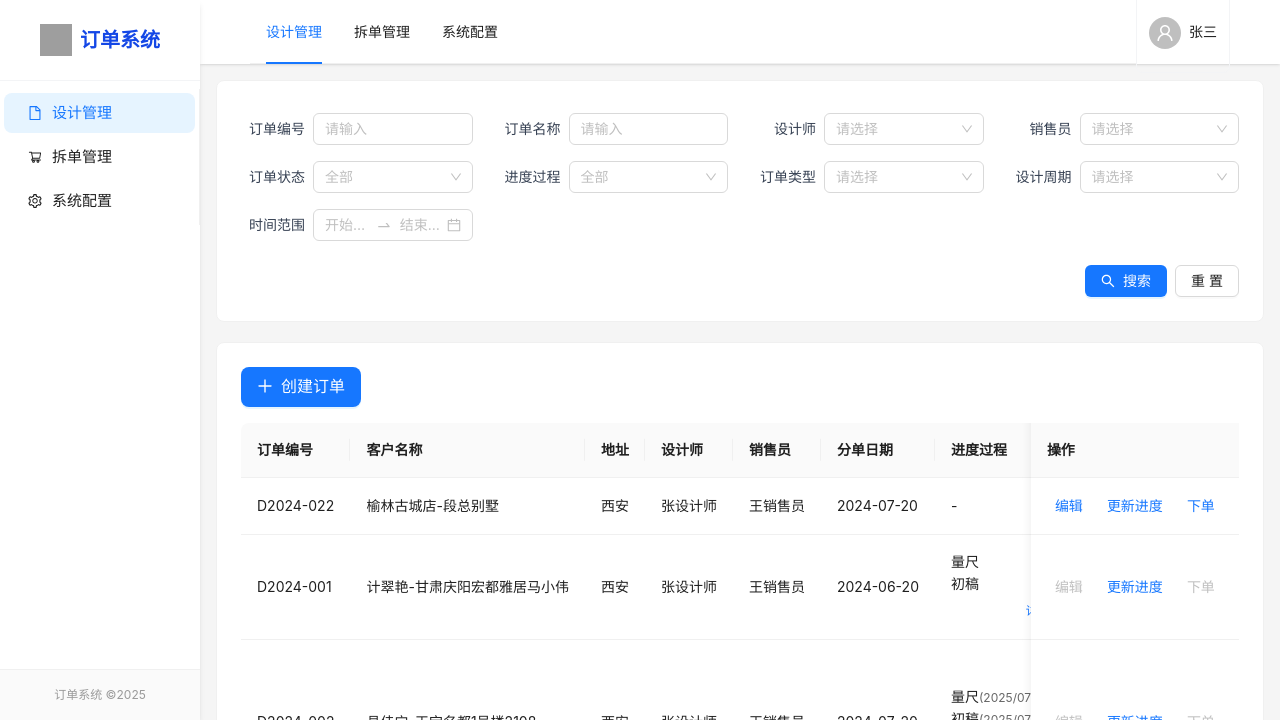
Repository: Garyxiwang/order_system
Page: /design (app in front/)
These files come from the project's save history. The page is drawn as it stood at one moment and after a run of saves; the edit follows.
The browser window is 1280 px wide. The pictures show the whole page.
Pictures or frames that could not be fetched are drawn as grey boxes. An inner scrolling area shows only its first screen. The project was rebuilt for these pictures with package versions that can differ from the ones it lists, and the page was loaded fresh each time. The framework's server and built-in components were replaced by stand-ins that run in the browser. Also part of the build but not shown: front/next.config.js, front/next.config.ts.

Above is the page before, as saved 2025-08-07 14:58:42.

After the next 2 saves:
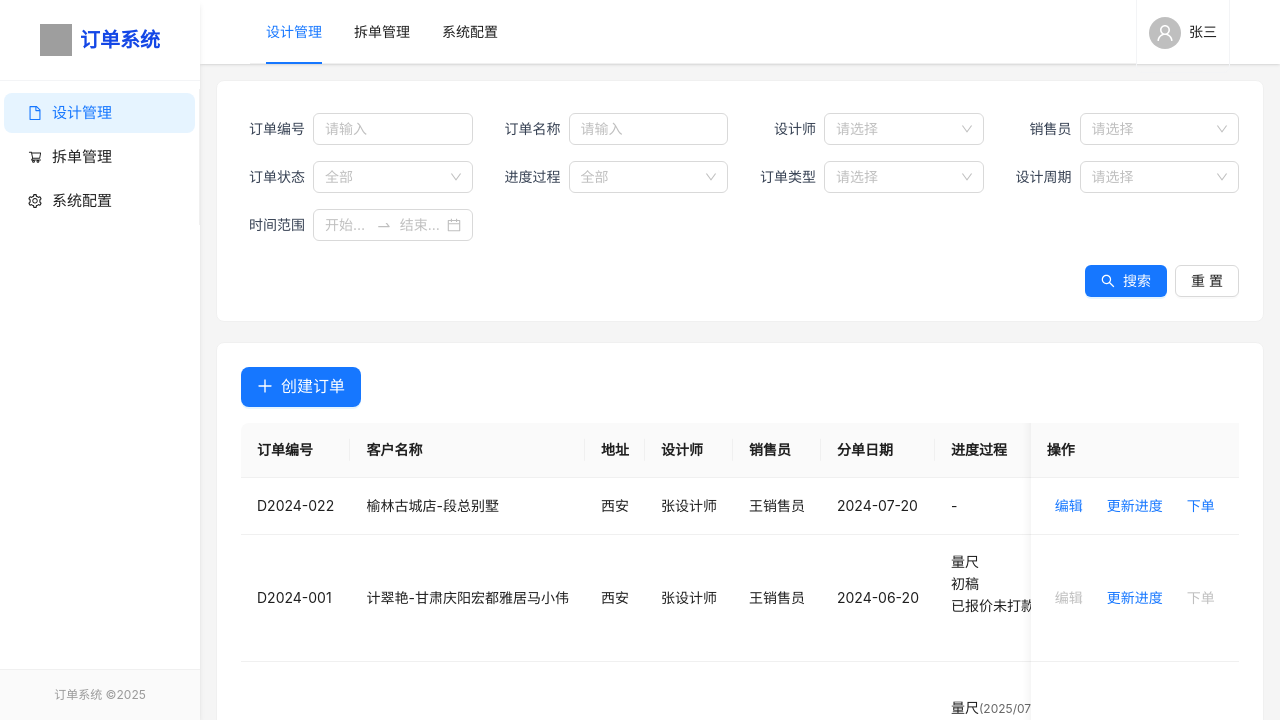
The 2 saves are shown as one change because they came seconds apart.
The last was saved 21 s later.
--- a/front/src/app/design/page.tsx
+++ b/front/src/app/design/page.tsx
@@ -268,7 +268,7 @@ const DesignPage: React.FC = () => {
 
         return (
           <div>
-            {displayItems.slice(0, 2).map((item, itemIndex) => {
+            {displayItems.slice(0, 3).map((item, itemIndex) => {
               const { status, time } = parseProgressItem(item);
 
               return (
@@ -286,7 +286,7 @@ const DesignPage: React.FC = () => {
                 </div>
               );
             })}
-            {displayItems.length > 2 && (
+            {displayItems.length >= 3 && (
               <div style={{ textAlign: "right", marginTop: "4px" }}>
                 <Button
                   type="link"
